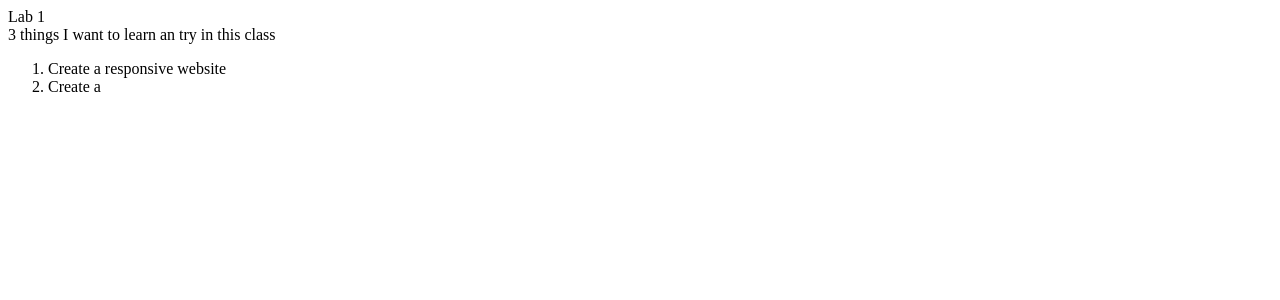
Repository: Angehyy/MDIA-2109
Page: index.html
These files come from the project's save history. The page is drawn as it stood at one moment and after a run of saves; the edit follows.
The browser window is 1280 px wide. The pictures show the whole page.

Above is the page before, as saved 2025-01-29 18:36:27.

After the next 2 saves:
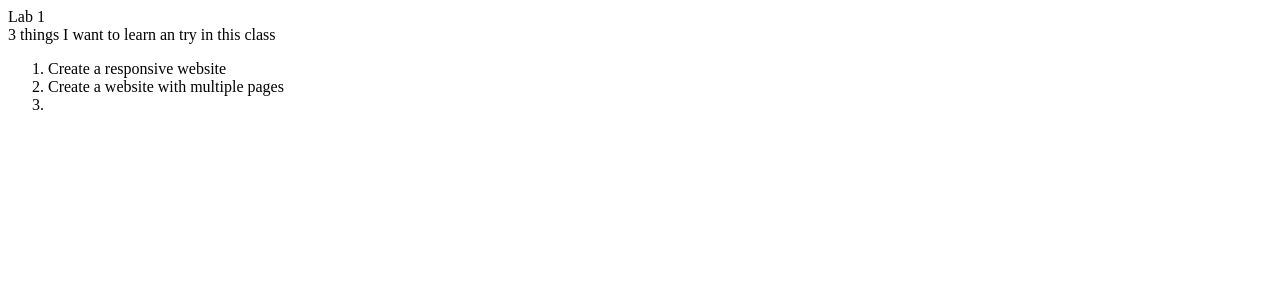
The 2 saves are shown as one change because they came seconds apart.
The last was saved 14 s later.
--- a/index.html
+++ b/index.html
@@ -18,7 +18,8 @@
             <div class="container-content">
                 <ol>
                     <li>Create a responsive website</li>
-                    <li>Create a </li>
+                    <li>Create a website with multiple pages</li>
+                    <li></li>
                 </ol>
             </div>
         </div>
